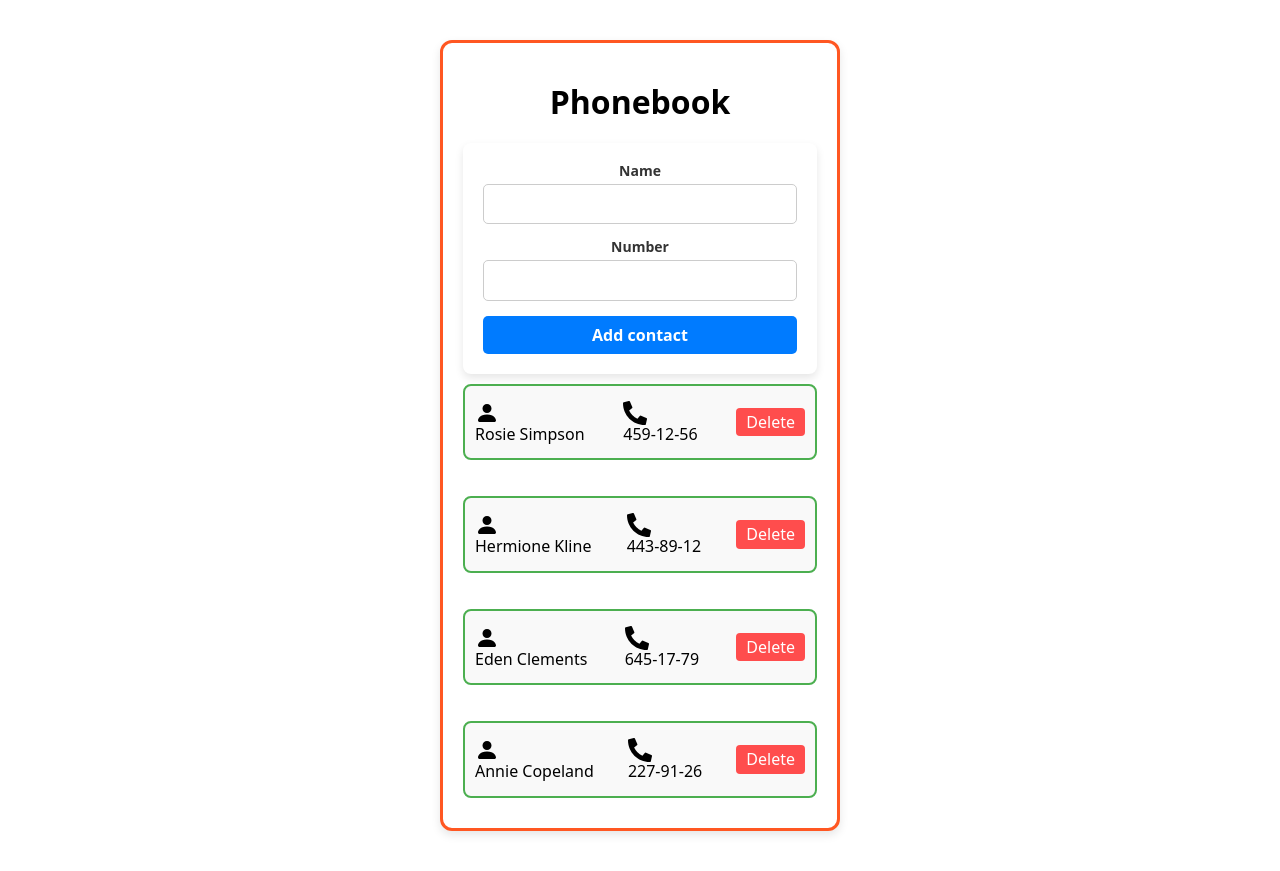
Repository: Evgeniya-Tishakova/goit-react-hw-03
Page: /
The author's editor kept a copy of each file at every save. The page is drawn from the files as they stood at one save, then again after the next save.
The browser window is 1280 px wide. The pictures show the whole page.
The project was rebuilt for these pictures with package versions that can differ from the ones it lists, and the page was loaded fresh each time. Also part of the build but not shown: vite.config.js, src/index.css.

Above is the page before, as saved 2025-03-09 15:21:45.

After the next save:
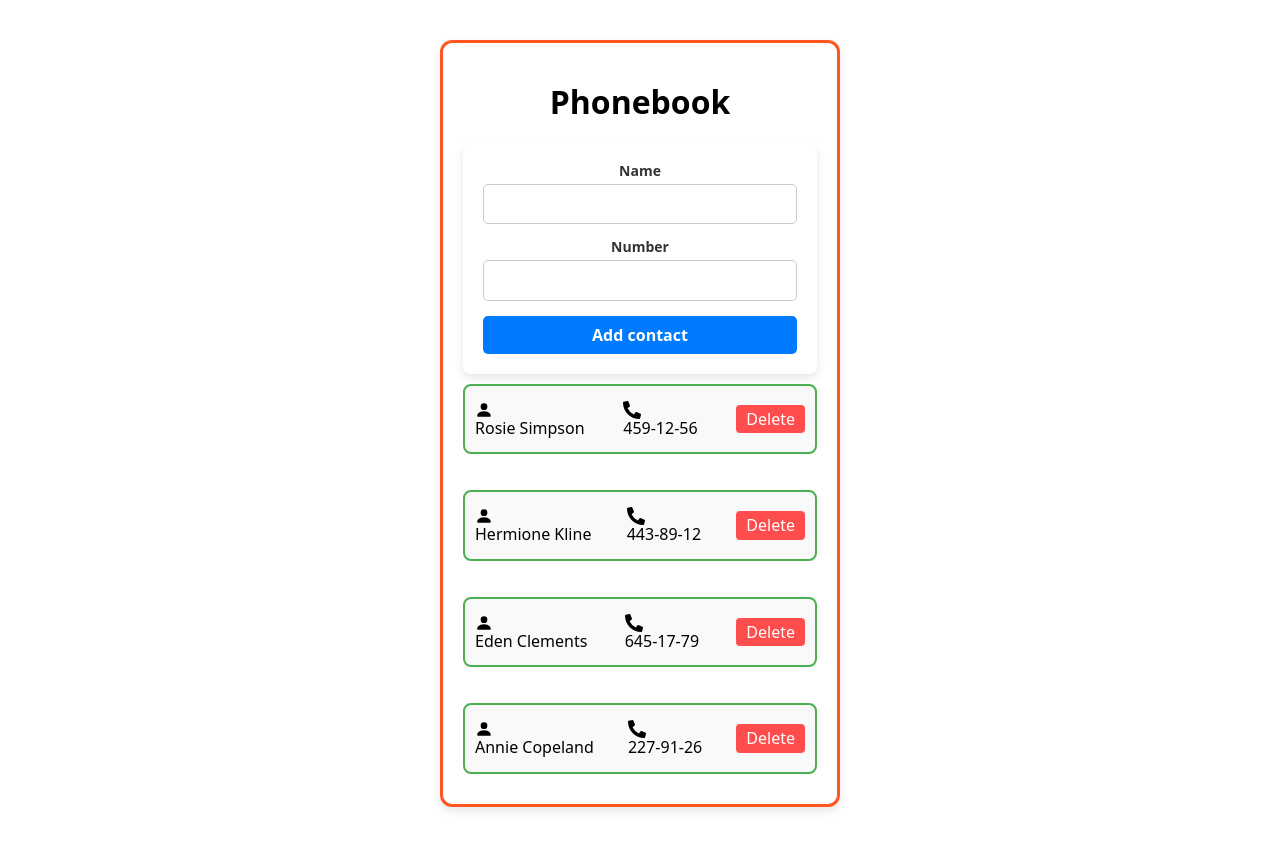
Saved 15 s later.
--- a/src/components/Contact/Contact.module.css
+++ b/src/components/Contact/Contact.module.css
@@ -22,8 +22,8 @@
 .icon {
     margin-right: 5px;
     display: flex;
-    align-items: center;
 
-    width: 24px;
-    height: 24px;
+
+    width: 18px;
+    height: 18px;
 }
